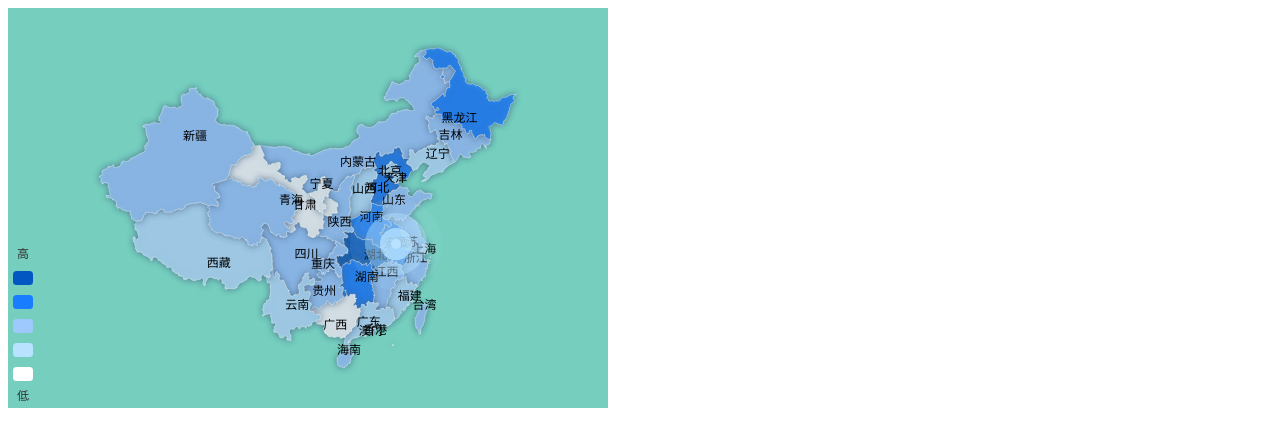
Repository: 572031690/echartssimple
Page: 21.地图常见效果_地图和散点图结合.html
The author's editor kept a copy of each file at every save. The page is drawn from the files as they stood at one save, then again after the next save.
The browser window is 1280 px wide. The pictures show the whole page.

Above is the page before, as saved 2021-08-11 11:51:05.

### 21.地图常见效果_地图和散点图结合.html
<!DOCTYPE html>
<html lang="en">

<head>
  <meta charset="UTF-8">
  <meta name="viewport" content="width=device-width, initial-scale=1.0">
  <meta http-equiv="X-UA-Compatible" content="ie=edge">
  <title>Document</title>
  <script src="lib/echarts.min.js"></script>
  <script src="lib/jquery.min.js"></script>
</head>

<body>
  <div style="width: 600px;height:400px;background-color:#75CEBE;"></div>

  <script>
    //1. 给series下增加一个新的对象
    //2. 准备数据散点数据  , 配置给series下的另外一个对象
    //3. 配置series下的新对象的type值为effectScatter
    //4. 指明散点图的坐标系统为geo
    //5. 调整涟漪动画效果
    var airData = [
      { name: '北京', value: 39.92 },
      { name: '天津', value: 39.13 },
      { name: '上海', value: 31.22 },
      { name: '重庆', value: 66 },
      { name: '河北', value: 147 },
      { name: '河南', value: 113 },
      { name: '云南', value: 25.04 },
      { name: '辽宁', value: 50 },
      { name: '黑龙江', value: 114 },
      { name: '湖南', value: 175 },
      { name: '安徽', value: 117 },
      { name: '山东', value: 92 },
      { name: '新疆', value: 84 },
      { name: '江苏', value: 67 },
      { name: '浙江', value: 84 },
      { name: '江西', value: 96 },
      { name: '湖北', value: 273 },
      { name: '广西', value: 0 },
      { name: '甘肃', value: 0 },
      { name: '山西', value: 39 },
      { name: '内蒙古', value: 58 },
      { name: '陕西', value: 61 },
      { name: '吉林', value: 51 },
      { name: '福建', value: 29 },
      { name: '贵州', value: 71 },
      { name: '广东', value: 38 },
      { name: '青海', value: 57 },
      { name: '西藏', value: 24 },
      { name: '四川', value: 58 },
      { name: '宁夏', value: 0 },
      { name: '海南', value: 54 },
      { name: '台湾', value: 88 },
      { name: '香港', value: 66 },
      { name: '澳门', value: 77 },
      { name: '南海诸岛', value: 55 }
    ]
    var scatterData = [
      {
        value: [117.283042, 31.86119]
      }
    ]
    var mCharts = echarts.init(document.querySelector("div"))
    $.get('json/map/china.json', function (ret) {
      // ret 就是中国的各个省份的矢量地图数据
      console.log(ret)
      echarts.registerMap('chinaMap', ret)
      var option = {
        geo: {
          type: 'map',
          map: 'chinaMap', // chinaMap需要和registerMap中的第一个参数保持一致
          roam: true, // 设置允许缩放以及拖动的效果
          label: {
            show: true // 展示标签
          },
          itemStyle: {
            normal: {
              areaColor: '#416cbb',//地图区域的颜色。
              borderColor: '#fff',//图形的描边颜色。支持的颜色格式同 color，不支持回调函数。
              shadowColor: '#41587f',//阴影颜色。
              shadowBlur: 6,//图形阴影的模糊大小。
              opacity: 0.75//图形透明度
            },
            emphasis: {
              areaColor: '#fdd145'
            }
          }
        },
        series: [
          {
            data: airData,
            geoIndex: 0, // 将空气质量的数据和第0个geo配置关联在一起
            type: 'map'
          },
          {
            data: scatterData, // 配置散点的坐标数据
            type: 'effectScatter',
            coordinateSystem: 'geo', // 指明散点使用的坐标系统  geo的坐标系统
            rippleEffect: {
              scale: 10 // 设置涟漪动画的缩放比例
            }
          }
        ],
        visualMap: {
          min: 0,
          max: 300,
          text: ['高', '低'],//两端的文本，如 ['High', 'Low']

          //
          indicatorStyle: {
            borderColor:'red',
            borderWidth: 1,
          },
          // inRange: {
          //   color: ['#B8E2FF','#9DC9FF','#6CADFF','#187EFF', '#0357C2'] // 控制颜色渐变的范围
          // },

          pieces: [
          //   // 自定义『分段式视觉映射组件（visualMapPiecewise）』的每一段的范围，以及每一段的文字，以及每一段的特别的样式
          //   { gt: 100000, lte: 1000000000, label: "100000~1000000000", color: "#6ad86e" }, // (900, 1000]
            { gt: 200, lte: 300, label: "10000~100000", color: "#0357C2" }, // (500, 900]
            { gt: 100, lte: 200, label: "1000~10000", color: "#187EFF" }, // (310, 500]
            { gt: 50, lte: 100, label: "10~1000", color: "#9DC9FF" }, // (200, 300]
            { gt: 0, lte: 50, label: "0~10人", color: "#B8E2FF" }, // (10, 200]
            { value:0, label: "无数据", color: "#fff" } // [0]
          ],

          // calculable: true // 出现滑块
        }
      }
      mCharts.setOption(option)
    })

  </script>
</body>

</html>

Loaded but not shown: lib/echarts.min.js (library); lib/jquery.min.js (library); json/map/china.json (common file)

After the next save:
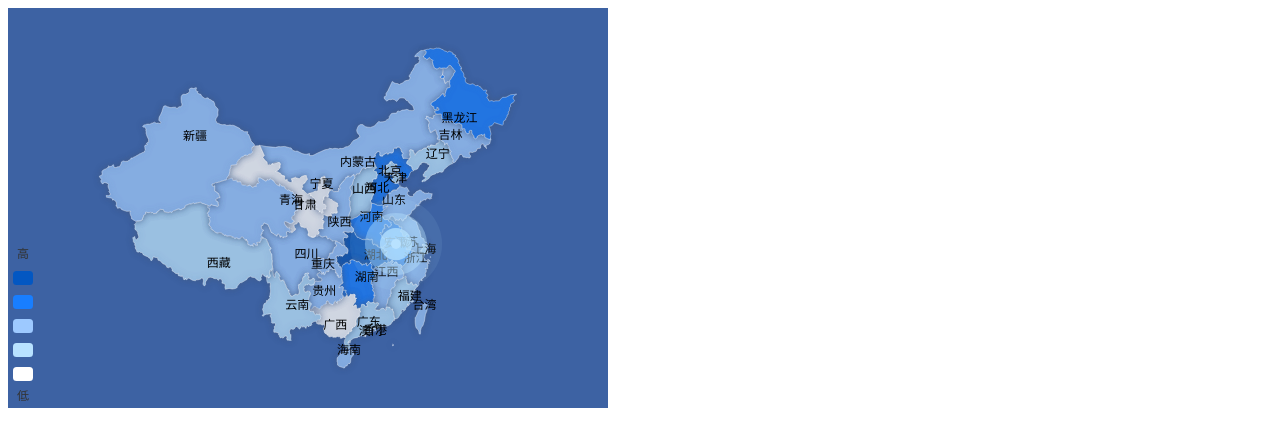
Saved 18 s later.
--- a/21.地图常见效果_地图和散点图结合.html
+++ b/21.地图常见效果_地图和散点图结合.html
@@ -11,7 +11,7 @@
 </head>
 
 <body>
-  <div style="width: 600px;height:400px;background-color:#75CEBE;"></div>
+  <div style="width: 600px;height:400px;background-color:#3D62A3;"></div>
 
   <script>
     //1. 给series下增加一个新的对象
